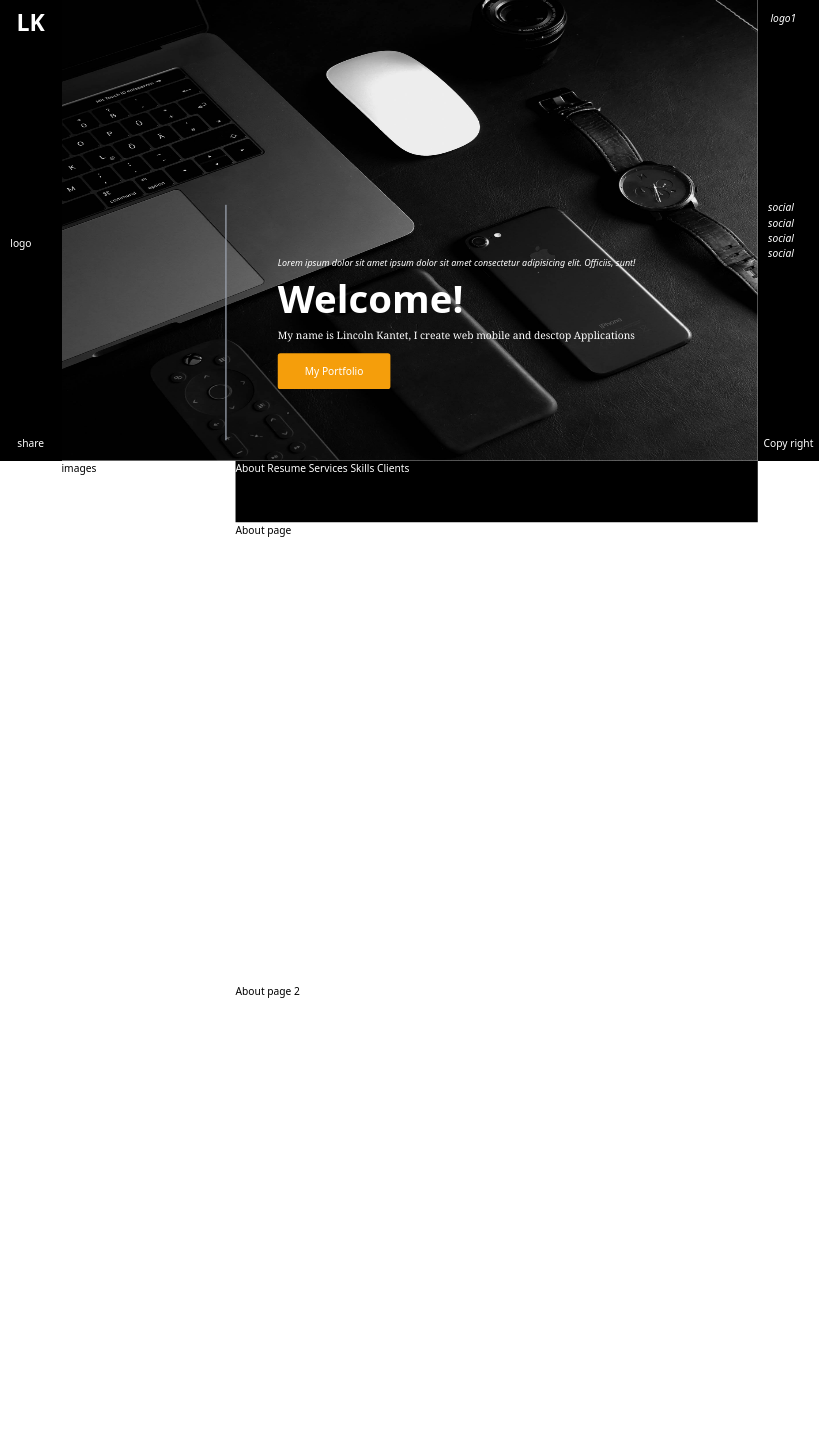
Repository: linco6054/template-tailwindcss
Page: index.html
The author's editor kept a copy of each file at every save. The page is drawn from the files as they stood at one save, then again after a run of saves.
The browser window is 1280 px wide. The pictures show the whole page, at 64% of full size.

Above is the page before, as saved 2021-08-17 17:45:07.

After the next 2 saves:
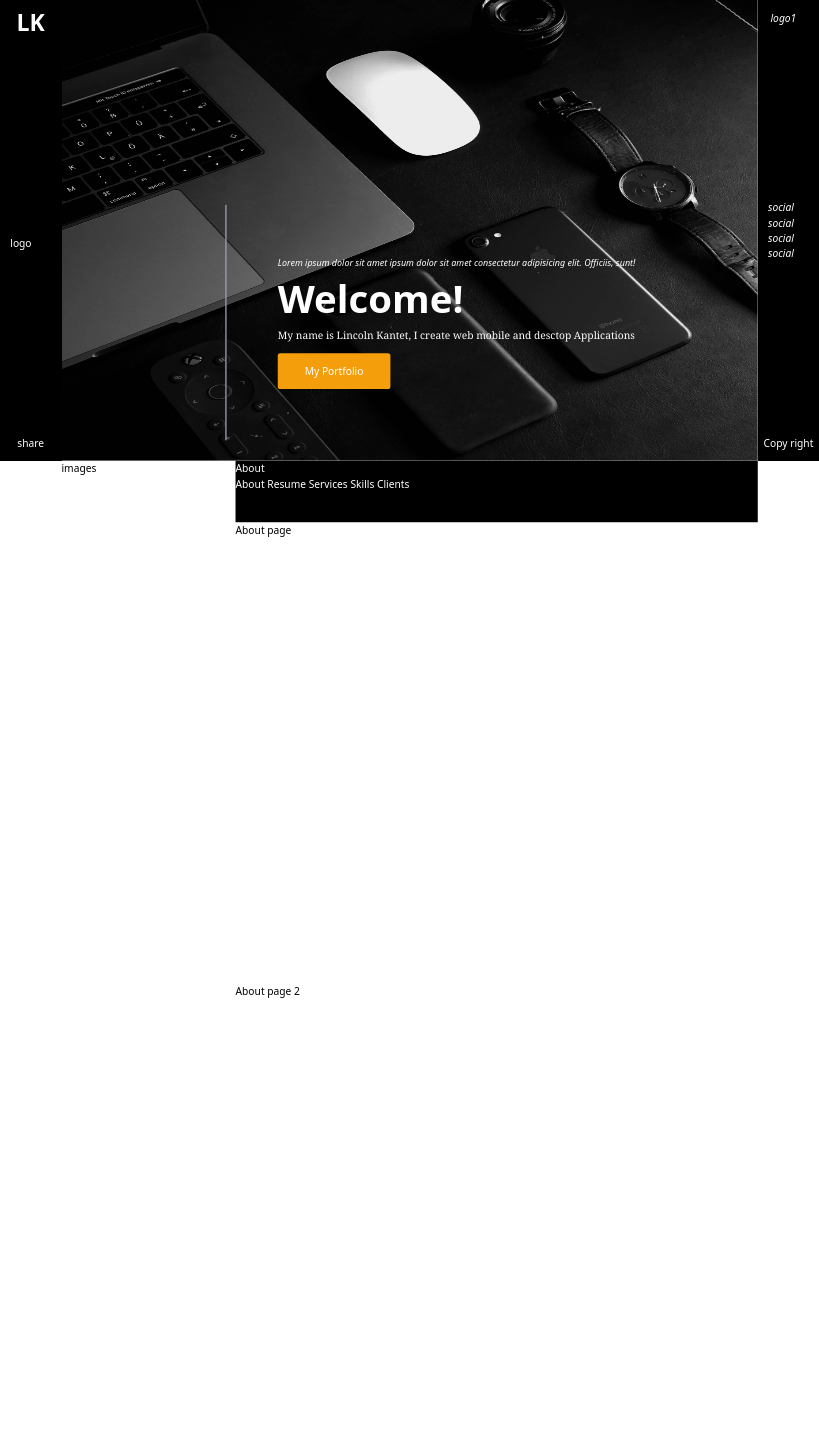
The 2 saves are shown as one change because they came seconds apart.
The last was saved 46 s later.
--- a/index.html
+++ b/index.html
@@ -72,6 +72,10 @@
           <nav class="text-white sticky top-24 h-24 bg-black w-full">
             <div>
               <a href="about">About</a>
+
+            </div>
+              <div>
+              <a href="about">About</a>
               <a href="about">Resume</a>
               <a href="about">Services</a>
               <a href="about">Skills</a>
